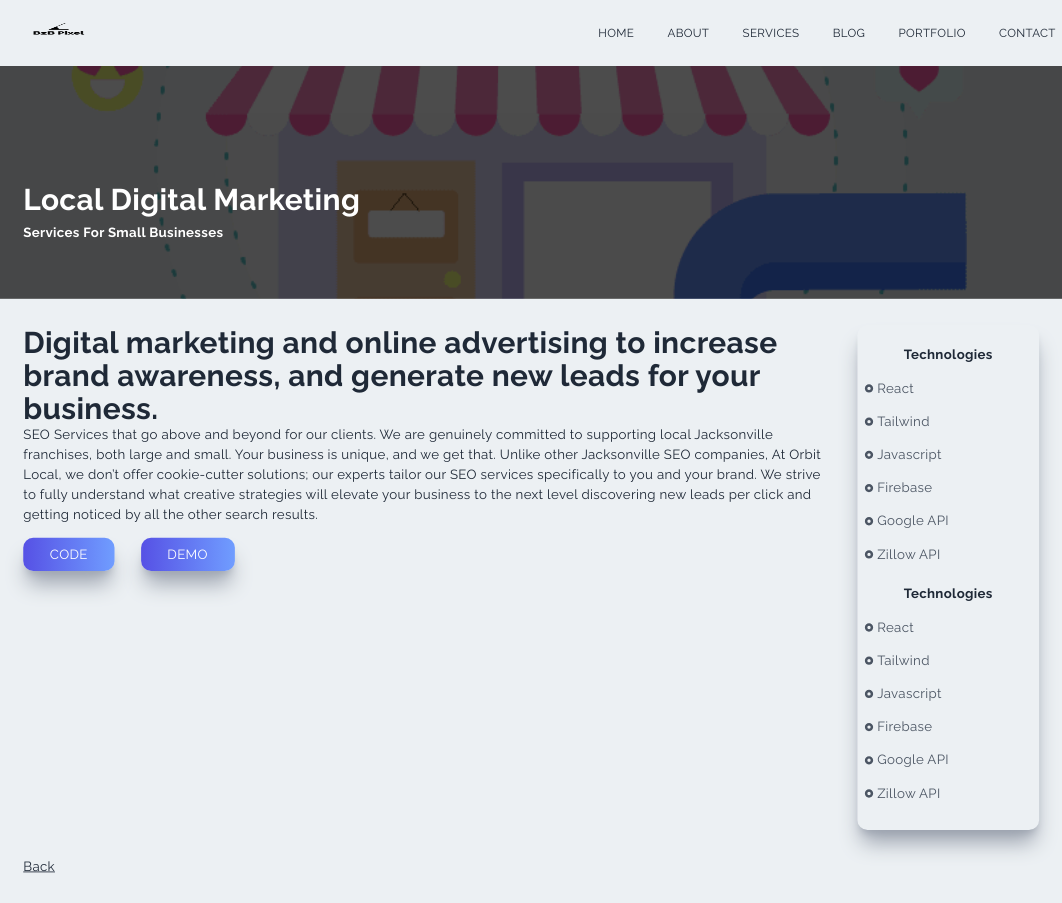
Repository: DID0101/nextjs.b2b
Page: /property
An editor plug-in stored every save of this project. The page is shown before and after a run of saves, followed by the edit.
The browser window is 1280 px wide. The pictures show the whole page, at 83% of full size.
The project was rebuilt for these pictures with package versions that can differ from the ones it lists, and the page was loaded fresh each time. The framework's server and built-in components were replaced by stand-ins that run in the browser. Also part of the build but not shown: next.config.js.

Above is the page before, as saved 2024-01-22 00:44:07.

After the next 2 saves:
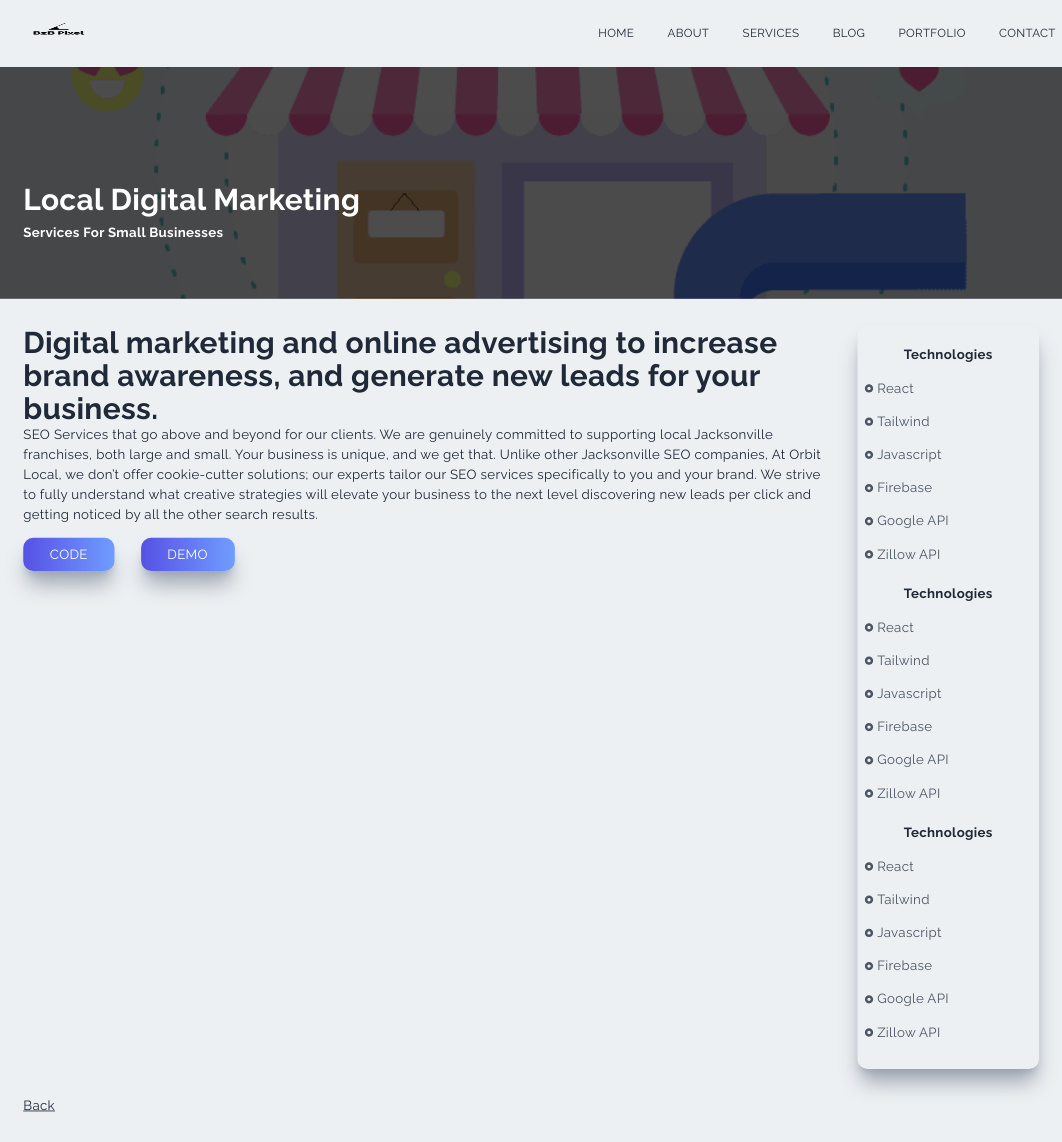
The 2 saves are shown as one change because 1 did not build or start.
The last was saved 63 s later.
--- a/pages/property.jsx
+++ b/pages/property.jsx
@@ -91,8 +91,31 @@
               </p>
             </div>
           </div>
+          <div className='p-2'>
+            <p className='text-center font-bold pb-2'>Technologies</p>
+            <div className='grid grid-cols-3 md:grid-cols-1'>
+              <p className='text-gray-600 py-2 flex items-center'>
+                <RiRadioButtonFill className='pr-1' /> React
+              </p>
+              <p className='text-gray-600 py-2 flex items-center'>
+                <RiRadioButtonFill className='pr-1' /> Tailwind
+              </p>
+              <p className='text-gray-600 py-2 flex items-center'>
+                <RiRadioButtonFill className='pr-1' /> Javascript
+              </p>
+              <p className='text-gray-600 py-2 flex items-center'>
+                <RiRadioButtonFill className='pr-1' /> Firebase
+              </p>
+              <p className='text-gray-600 py-2 flex items-center'>
+                <RiRadioButtonFill className='pr-1' /> Google API
+              </p>
+              <p className='text-gray-600 py-2 flex items-center'>
+                <RiRadioButtonFill className='pr-1' /> Zillow API
+              </p>
+            </div>
+          </div>
+        </div>
 
-        </div>
 
         <Link href='/#projects'>
           <p className='underline cursor-pointer'>Back</p>
